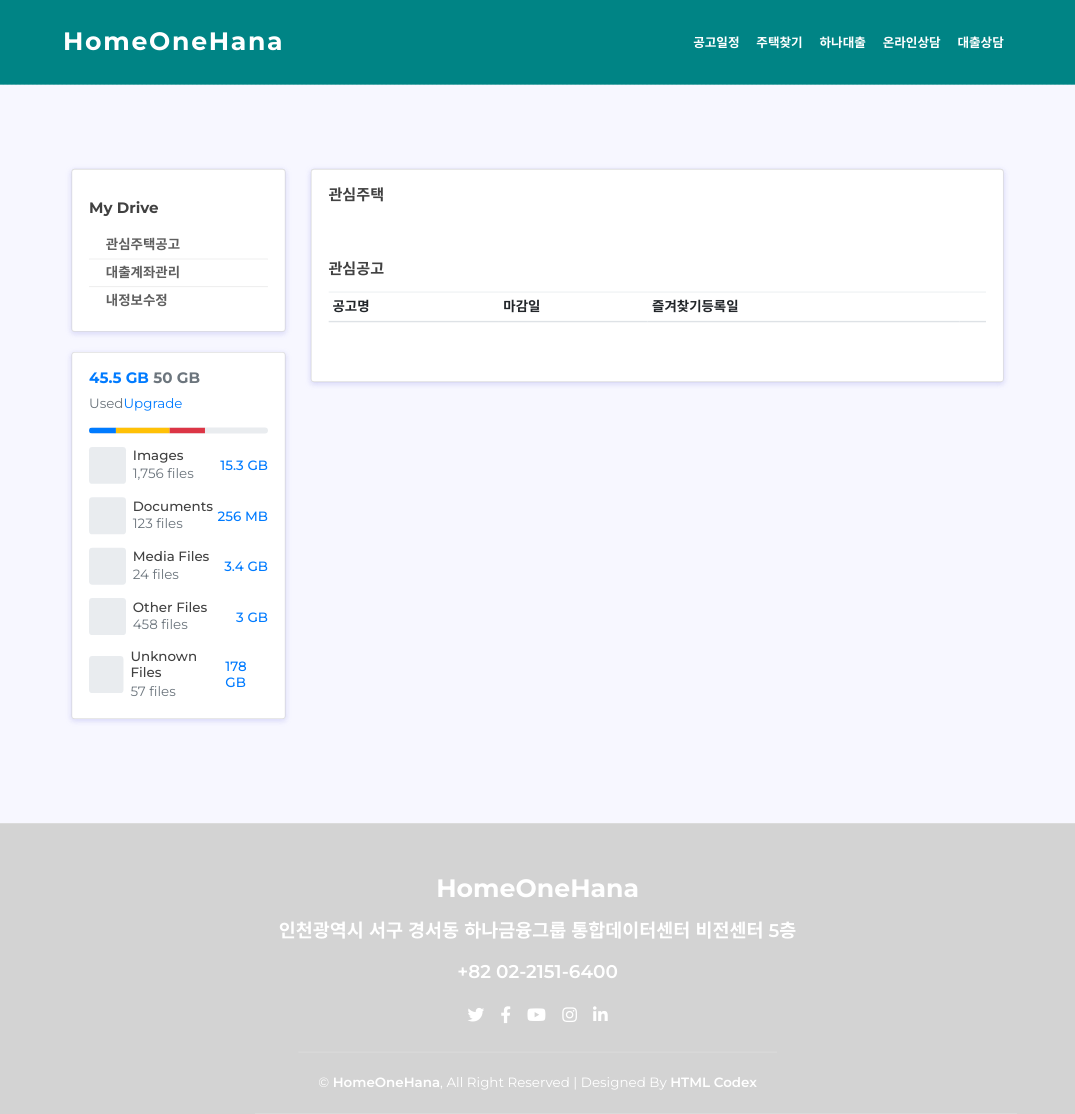
Repository: koposoftware/2021_10_syyoon
Page: http://localhost/HomeOneHana/WEB-INF/jsp/mypage/mypage.jsp
These files come from the project's save history. The page is drawn as it stood at one moment and after the next save; the edit follows.
The browser window is 1280 px wide. The pictures show the whole page, at 84% of full size.
Some icons come from a web library that is not loaded, so they are not drawn. Some web libraries are served in a nearby version. The page is served by Tomcat 9. Nobody is signed in. Other server files are loaded and not shown. The template is opened directly, without the code that normally fills it, so the values that code supplies are empty.

Above is the page before, as saved 2021-09-20 12:29:18.

### project/Spring-mvc/HomeOneHana/src/main/webapp/WEB-INF/jsp/mypage/mypage.jsp
<%@ page language="java" contentType="text/html; charset=UTF-8"
    pageEncoding="UTF-8"%>
<%@ taglib prefix="c" uri="http://java.sun.com/jsp/jstl/core" %>
<!DOCTYPE html>
<html>
<head>
<meta charset="UTF-8">
<title>HomeOneHana::마이페이지</title>
<link href="${ pageContext.request.contextPath }/resources/css/top/menubg.css" rel="stylesheet">
<link href="${ pageContext.request.contextPath }/resources/css/mypage/mypage.css" rel="stylesheet">
<script src="https://code.jquery.com/jquery-3.6.0.js"></script>
<script src="${ pageContext.request.contextPath }/resources/js/mypage/mypage.js"></script>

</head>
<body>
	<header>
		<div class="limiter">
			<div class="container-login100">
				<div class="wrap-login100">
					<jsp:include page="../include/topMenu.jsp" />
				</div>
			</div>
		</div>

	</header>
	<section>
		<div class="body">
		<div class="container">
			<div class="row">
			    <div class="col-12 col-lg-3">
					<div class="card">
						<div class="card-body">

							<h5 class="my-3">My Drive</h5>
							<div class="fm-menu">
								<div class="list-group list-group-flush">
									<a id="Menu1" href="javascript:;" class="list-group-item py-1"><i class="bx bx-folder me-2"></i><span>관심주택공고</span></a>
									<a id="Menu2" href="javascript:;" class="list-group-item py-1"><i class="bx bx-devices me-2"></i><span>대출계좌관리</span></a>
									<a href="javascript:;" class="list-group-item py-1"><i class="bx bx-plug me-2"></i><span>내정보수정</span></a>

								</div>
							</div>
						</div>
					</div>
					<div class="card">
						<div class="card-body">
							<h5 class="mb-0 text-primary font-weight-bold">45.5 GB <span class="float-end text-secondary">50 GB</span></h5>
							<p class="mb-0 mt-2"><span class="text-secondary">Used</span><span class="float-end text-primary">Upgrade</span>
							</p>
							<div class="progress mt-3" style="height:7px;">
								<div class="progress-bar" role="progressbar" style="width: 15%" aria-valuenow="15" aria-valuemin="0" aria-valuemax="100"></div>
								<div class="progress-bar bg-warning" role="progressbar" style="width: 30%" aria-valuenow="30" aria-valuemin="0" aria-valuemax="100"></div>
								<div class="progress-bar bg-danger" role="progressbar" style="width: 20%" aria-valuenow="20" aria-valuemin="0" aria-valuemax="100"></div>
							</div>
							<div class="mt-3"></div>
							<div class="d-flex align-items-center">
								<div class="fm-file-box bg-light-primary text-primary"><i class="bx bx-image"></i>
								</div>
								<div class="flex-grow-1 ms-2">
									<h6 class="mb-0">Images</h6>
									<p class="mb-0 text-secondary">1,756 files</p>
								</div>
								<h6 class="text-primary mb-0">15.3 GB</h6>
							</div>
							<div class="d-flex align-items-center mt-3">
								<div class="fm-file-box bg-light-success text-success"><i class="bx bxs-file-doc"></i>
								</div>
								<div class="flex-grow-1 ms-2">
									<h6 class="mb-0">Documents</h6>
									<p class="mb-0 text-secondary">123 files</p>
								</div>
								<h6 class="text-primary mb-0">256 MB</h6>
							</div>
							<div class="d-flex align-items-center mt-3">
								<div class="fm-file-box bg-light-danger text-danger"><i class="bx bx-video"></i>
								</div>
								<div class="flex-grow-1 ms-2">
									<h6 class="mb-0">Media Files</h6>
									<p class="mb-0 text-secondary">24 files</p>
								</div>
								<h6 class="text-primary mb-0">3.4 GB</h6>
							</div>
							<div class="d-flex align-items-center mt-3">
								<div class="fm-file-box bg-light-warning text-warning"><i class="bx bx-image"></i>
								</div>
								<div class="flex-grow-1 ms-2">
									<h6 class="mb-0">Other Files</h6>
									<p class="mb-0 text-secondary">458 files</p>
								</div>
								<h6 class="text-primary mb-0">3 GB</h6>
							</div>
							<div class="d-flex align-items-center mt-3">
								<div class="fm-file-box bg-light-info text-info"><i class="bx bx-image"></i>
								</div>
								<div class="flex-grow-1 ms-2">
									<h6 class="mb-0">Unknown Files</h6>
									<p class="mb-0 text-secondary">57 files</p>
								</div>
								<h6 class="text-primary mb-0">178 GB</h6>
							</div>
						</div>
					</div>
				</div>
				<div class="col-12 col-lg-9">
					<div class="card" >
						<div class="card-body" id="menu1">

							<h5>관심주택</h5>
							<div class="row mt-3" style="margin-bottom:50px;">
									<c:if test="${not empty favoriteHome }">
									<c:forEach items="${ favoriteHome }" var="home" varStatus="loop">
										<div class="col-12 col-lg-4">
											<div class="card shadow-none border radius-15">
											<div class="card-body">
												<div class="d-flex align-items-center">
													<div ><span><i class="fas fa-home"></i> ${home.enrolldt}</span>
													</div>
													<div class="ms-auto font-24"><i class="fas fa-star" style="color:#ffd400;"></i>
													</div>
												</div>
												<h5 class="mt-3 mb-0"><a href="${pageContext.request.contextPath }/search/Detail/${ home.rnadres }">${home.rnadres}</a></h5>
												<p class="mb-1 mt-4" style="font-size:12px;"><span>${home.insttnm}</span>-<span class="float-end">${home.suplytynm}</span>
												</p>
											</div>
										</div>
									</div>

									</c:forEach>
									</c:if>
							</div>

							<!--end row-->
							<div class="d-flex align-items-center">
								<div>
									<h5 class="mb-0">관심공고</h5>
								</div>

							</div>
							<div class="table-responsive mt-3" style="margin-bottom:50px;">
								<table class="table table-striped table-hover table-sm mb-0">
									<thead>
										<tr>
											<th>공고명 <i class="bx bx-up-arrow-alt ms-2"></i>
											</th>
											<th>마감일</th>
											<th>즐겨찾기등록일</th>
											<th></th>
										</tr>
									</thead>
									<tbody>
									<c:if test="${not empty favoriteNotice }">
										<c:forEach items="${favoriteNotice }" var="noti" varStatus="loop">
										<tr>
											<td>
												<div class="d-flex align-items-center">
													<div><i class="bx bxs-file-pdf me-2 font-24 text-danger"></i>
													</div>
													<div class="font-weight-bold">
														${noti.noticetitle }
													</div>
												</div>
											</td>
											<td>${noti.noticeend }</td>
											<td>${noti.enrolldt }</td>
											<td><i class="fas fa-heart font-22" style="color:#e90061"></i>
											</td>
										</tr>
										</c:forEach>

									</c:if>
									</tbody>
								</table>
							</div>
						</div>
					</div>
				</div>

			</div>
			</div>
			</div>
	</section>
	<footer>
		<jsp:include page="../include/bottomMenu.jsp" />
	</footer>
</body>
</html>

### project/Spring-mvc/HomeOneHana/src/main/webapp/WEB-INF/jsp/include/topMenu.jsp
<%@ page language="java" contentType="text/html; charset=UTF-8"
    pageEncoding="UTF-8"%>
<%@ taglib prefix="c" uri="http://java.sun.com/jsp/jstl/core" %>

        <meta content="width=device-width, initial-scale=1.0" name="viewport">
        <meta content="Free Website Template" name="keywords">
        <meta content="Free Website Template" name="description">


		<!-- font-awesome icon  -->
		<link href="//maxcdn.bootstrapcdn.com/font-awesome/4.1.0/css/font-awesome.min.css" rel="stylesheet" />

        <!-- Favicon -->
        <!-- <link href="/Practice-Web/Front/img/favicon.ico" rel="icon"> -->

        <!-- Google Font -->
        <link href="https://fonts.googleapis.com/css2?family=Montserrat:wght@300;400;500;600;700&display=swap" rel="stylesheet">
		<link href="https://fonts.googleapis.com/css2?family=Noto+Sans+KR:wght@100&display=swap" rel="stylesheet">

        <!-- CSS Libraries -->
        <link href="https://stackpath.bootstrapcdn.com/bootstrap/4.4.1/css/bootstrap.min.css" rel="stylesheet">
        <link href="https://cdnjs.cloudflare.com/ajax/libs/font-awesome/5.10.0/css/all.min.css" rel="stylesheet">

        <link href="${ pageContext.request.contextPath }/resources/lib/animate/animate.min.css" rel="stylesheet">
        <link href="${ pageContext.request.contextPath }/resources/lib/owlcarousel/assets/owl.carousel.min.css" rel="stylesheet">
        <link href="${ pageContext.request.contextPath }/resources/lib/lightbox/css/lightbox.min.css" rel="stylesheet">



        <!-- Template Stylesheet -->
        <link href="${ pageContext.request.contextPath }/resources/css/style.css" rel="stylesheet">

<!-- Nav Bar Start -->
<div class="navbar navbar-expand-lg bg-light navbar-light">
    <div class="container-fluid">
        <a href="${ pageContext.request.contextPath }/" class="navbar-brand">HomeOneHana</a>
        <button type="button" class="navbar-toggler" data-toggle="collapse" data-target="#navbarCollapse">
            <span class="navbar-toggler-icon"></span>
        </button>

        <div class="collapse navbar-collapse justify-content-between" id="navbarCollapse">
            <div class="navbar-nav ml-auto">
                <!-- <a href="Front/index2.jsp" class="nav-item nav-link active">Home</a> -->
                <a href="${ pageContext.request.contextPath }/schedule" class="nav-item nav-link">공고일정</a>
                <a href="${ pageContext.request.contextPath }/search" class="nav-item nav-link">주택찾기</a>
                <a href="${ pageContext.request.contextPath }/loan" class="nav-item nav-link">하나대출</a>
                <a href="${ pageContext.request.contextPath }/consult/reservation" class="nav-item nav-link">온라인상담</a>
                <a href="${ pageContext.request.contextPath }/loan/review" class="nav-item nav-link">대출상담</a>


                <%--로그인사용자만 접근가능 --%>
                <c:if test="${ not empty sessionScope.loginVO  }">
	               	<a href="${ pageContext.request.contextPath }/logout" class="nav-item nav-link">로그아웃</a>
	                <a href="${ pageContext.request.contextPath }/mypage" class="nav-item nav-link"><i class="fas fa-user-circle fa-3x"></i></a>
                </c:if>

            </div>
        </div>
    </div>
</div>

### project/Spring-mvc/HomeOneHana/src/main/webapp/WEB-INF/jsp/include/bottomMenu.jsp
<%@ page language="java" contentType="text/html; charset=UTF-8"
    pageEncoding="UTF-8"%>
		<!-- Footer Start -->
        <div class="footer wow fadeIn" data-wow-delay="0.3s">
            <div class="container-fluid">
                <div class="container">
                    <div class="footer-info">
                        <h2>HomeOneHana</h2>
                        <h3>인천광역시 서구 경서동 하나금융그룹 통합데이터센터 비전센터 5층</h3>
                        <div class="footer-menu">
                            <p>+82 02-2151-6400</p>
                        </div>
                        <div class="footer-social">
                            <a href=""><i class="fab fa-twitter"></i></a>
                            <a href=""><i class="fab fa-facebook-f"></i></a>
                            <a href=""><i class="fab fa-youtube"></i></a>
                            <a href=""><i class="fab fa-instagram"></i></a>
                            <a href=""><i class="fab fa-linkedin-in"></i></a>
                        </div>
                    </div>
                </div>
                <div class="container copyright">
                    <p>&copy; <a href="#">HomeOneHana</a>, All Right Reserved | Designed By <a href="https://htmlcodex.com">HTML Codex</a></p>
                </div>
            </div>
        </div>
        <!-- Footer End -->


        <!-- Back to top button -->
        <a href="#" class="btn back-to-top"><i class="fa fa-chevron-up"></i></a>


        <!-- Pre Loader -->
        <div id="loader" class="show">
            <div class="loader"></div>
        </div>


		<!-- JavaScript Libraries -->
        <script src="https://code.jquery.com/jquery-3.4.1.min.js"></script>
        <script src="https://stackpath.bootstrapcdn.com/bootstrap/4.4.1/js/bootstrap.bundle.min.js"></script>
        <script src="${ pageContext.request.contextPath }/resources/lib/easing/easing.min.js"></script>
        <script src="${ pageContext.request.contextPath }/resources/lib/wow/wow.min.js"></script>
        <script src="${ pageContext.request.contextPath }/resources/lib/waypoints/waypoints.min.js"></script>
        <script src="${ pageContext.request.contextPath }/resources/lib/typed/typed.min.js"></script>
        <script src="${ pageContext.request.contextPath }/resources/lib/owlcarousel/owl.carousel.min.js"></script>
        <script src="${ pageContext.request.contextPath }/resources/lib/isotope/isotope.pkgd.min.js"></script>
        <script src="${ pageContext.request.contextPath }/resources/lib/lightbox/js/lightbox.min.js"></script>

        <!-- Contact Javascript File -->
        <script src="${ pageContext.request.contextPath }/resources/mail/jqBootstrapValidation.min.js"></script>
        <script src="${ pageContext.request.contextPath }/resources/mail/contact.js"></script>

        <!-- Template Javascript -->
        <script src="${ pageContext.request.contextPath }/resources/js/main.js"></script>

### project/Spring-mvc/HomeOneHana/src/main/webapp/resources/css/top/menubg.css
@charset "UTF-8";


header{
	height:101px;
	background-color:#008485;
}
@media(max-width:992px){
	header{
		height:70px;
	}
}

### project/Spring-mvc/HomeOneHana/src/main/webapp/resources/css/mypage/mypage.css
@charset "UTF-8";



.body{
padding-top:100px;
padding-bottom:100px;
background-color: #f7f7ff;
}
.card {
    position: relative;
    display: flex;
    flex-direction: column;
    min-width: 0;
    word-wrap: break-word;
    background-color: #fff;
    background-clip: border-box;
    border: 0px solid rgba(0, 0, 0, 0);
    border-radius: .25rem;
    margin-bottom: 1.5rem;
    box-shadow: 0 2px 6px 0 rgb(218 218 253 / 65%), 0 2px 6px 0 rgb(206 206 238 / 54%);
}

.card-body h5{
	font-size:18px;
	font-weight:700;
}

.subti{
	font-size:14px;
}

.fm-file-box {
    font-size: 25px;
    background: #e9ecef;
    width: 44px;
    height: 44px;
    display: flex;
    align-items: center;
    justify-content: center;
    border-radius: .25rem;
}
.ms-2 {
    margin-left: .5rem!important;
}

.fm-menu .list-group a {
    font-size: 16px;
    color: #5f5f5f;
    display: flex;
    align-items: center;
}
.list-group-flush>.list-group-item {
    border-width: 0 0 1px;
}
.list-group-item+.list-group-item {
    border-top-width: 0;
}
.py-1 {
	font-weight:700;
    padding-top: .25rem!important;
    padding-bottom: .25rem!important;
}
.list-group-item {
    position: relative;
    display: block;
    padding: .5rem 1rem;
    text-decoration: none;
    background-color: #fff;
    border: 1px solid rgba(0, 0, 0, .125);
}

.radius-15 {
    border-radius: 15px;
}
.fm-icon-box {
    font-size: 32px;
    background: #ffffff;
    width: 52px;
    height: 52px;
    display: flex;
    align-items: center;
    justify-content: center;
    border-radius: .25rem;
}
.font-24 {
    font-size: 24px;
}
.ms-auto {
    margin-left: auto!important;
}
.font-30 {
    font-size: 30px;
}
.user-groups img {
    margin-left: -14px;
    border: 1px solid #e4e4e4;
    padding: 2px;
    cursor: pointer;
}

.rounded-circle {
    border-radius: 50%!important;
}

/*
		현재진행중인 대출
*/

.loanbox{
	margin-top:5px;
	margin-bottom:5px;
}
.loan-finishBox{
	background-color:#000;
}
.loan-acceptBox{
	background-color:#008485;
}

.loan-rejectBox{
	background-color:#e90061;
}

.loan-reviewBox{
	background-color:#b5b5b5;
}

.loanname{
	font-weight:700;
}

.loandate{
	font-size:12px;
}

.loanstatus{
	text-align:center;
	font-weight:700;
	color:#fff;
	font-size:10px;
	margin-bottom:0px;
}

th{
	text-align:center;
}
td{
	font-size:14px;
}

Loaded but not shown: project/Spring-mvc/HomeOneHana/src/main/webapp/resources/lib/animate/animate.min.css (library); project/Spring-mvc/HomeOneHana/src/main/webapp/resources/lib/owlcarousel/assets/owl.carousel.min.css (common file); project/Spring-mvc/HomeOneHana/src/main/webapp/resources/lib/lightbox/css/lightbox.min.css (common file); project/Spring-mvc/HomeOneHana/src/main/webapp/resources/lib/easing/easing.min.js (common file); project/Spring-mvc/HomeOneHana/src/main/webapp/resources/lib/wow/wow.min.js (library); project/Spring-mvc/HomeOneHana/src/main/webapp/resources/lib/waypoints/waypoints.min.js (library); project/Spring-mvc/HomeOneHana/src/main/webapp/resources/lib/typed/typed.min.js (library); project/Spring-mvc/HomeOneHana/src/main/webapp/resources/lib/owlcarousel/owl.carousel.min.js (library); project/Spring-mvc/HomeOneHana/src/main/webapp/resources/lib/isotope/isotope.pkgd.min.js (library); project/Spring-mvc/HomeOneHana/src/main/webapp/resources/lib/lightbox/js/lightbox.min.js (library); project/Spring-mvc/HomeOneHana/src/main/webapp/resources/mail/jqBootstrapValidation.min.js (library); project/Spring-mvc/HomeOneHana/src/main/webapp/resources/js/main.js (108 lines, source omitted); project/Spring-mvc/HomeOneHana/src/main/webapp/resources/mail/contact.js (65 lines, source omitted); project/Spring-mvc/HomeOneHana/src/main/webapp/resources/js/mypage/mypage.js (17 lines, source omitted); project/Spring-mvc/HomeOneHana/src/main/webapp/resources/css/style.css (1648 lines, source omitted)

After the next save:
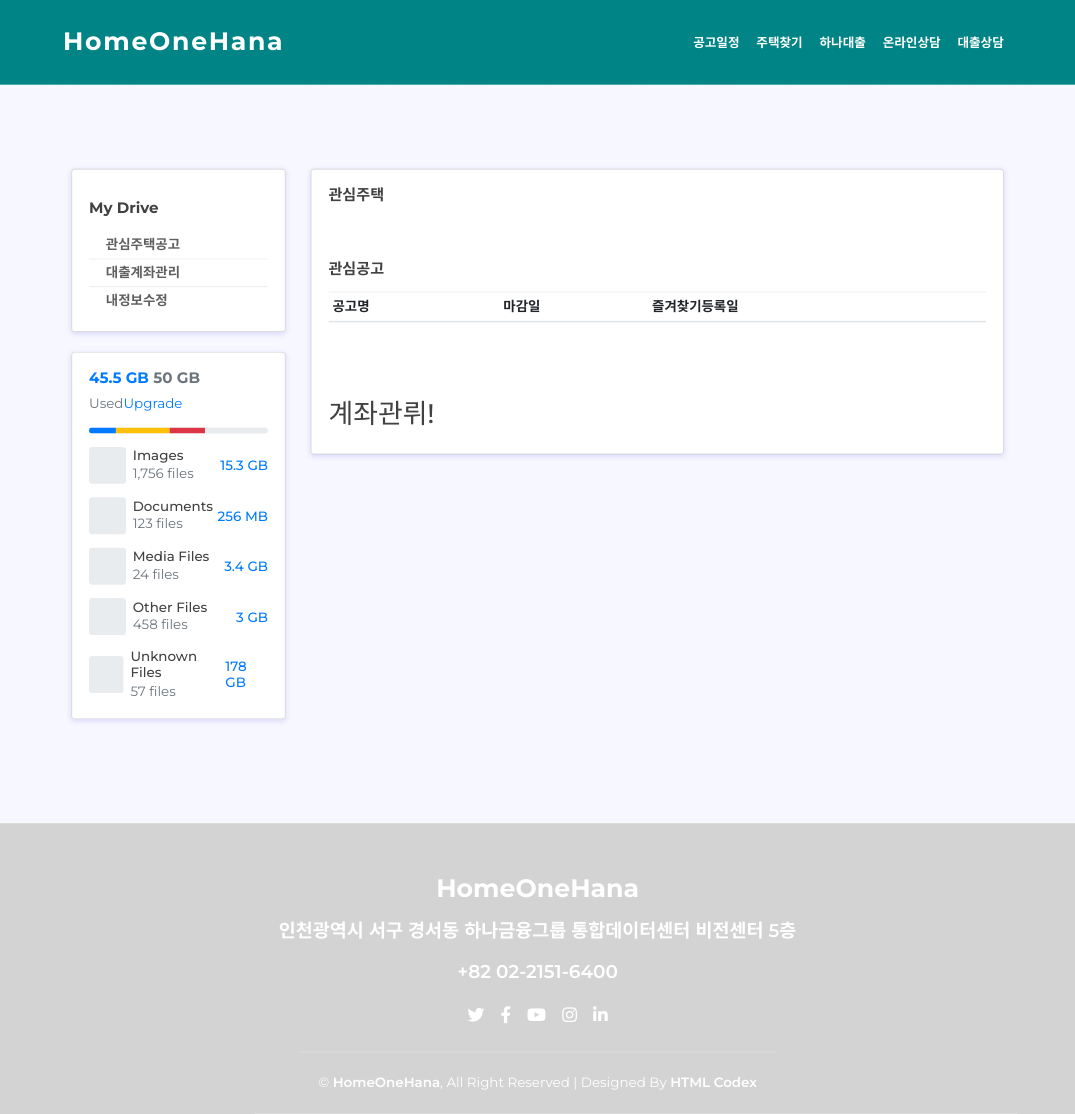
Saved 20 s later.
--- a/project/Spring-mvc/HomeOneHana/src/main/webapp/WEB-INF/jsp/mypage/mypage.jsp
+++ b/project/Spring-mvc/HomeOneHana/src/main/webapp/WEB-INF/jsp/mypage/mypage.jsp
@@ -172,6 +172,9 @@
 								</table>
 							</div>
 						</div>
+						<div class="card-body" id="menu2">
+							<h2>계좌관뤼!</h2>
+						</div>
 					</div>
 				</div>
 
